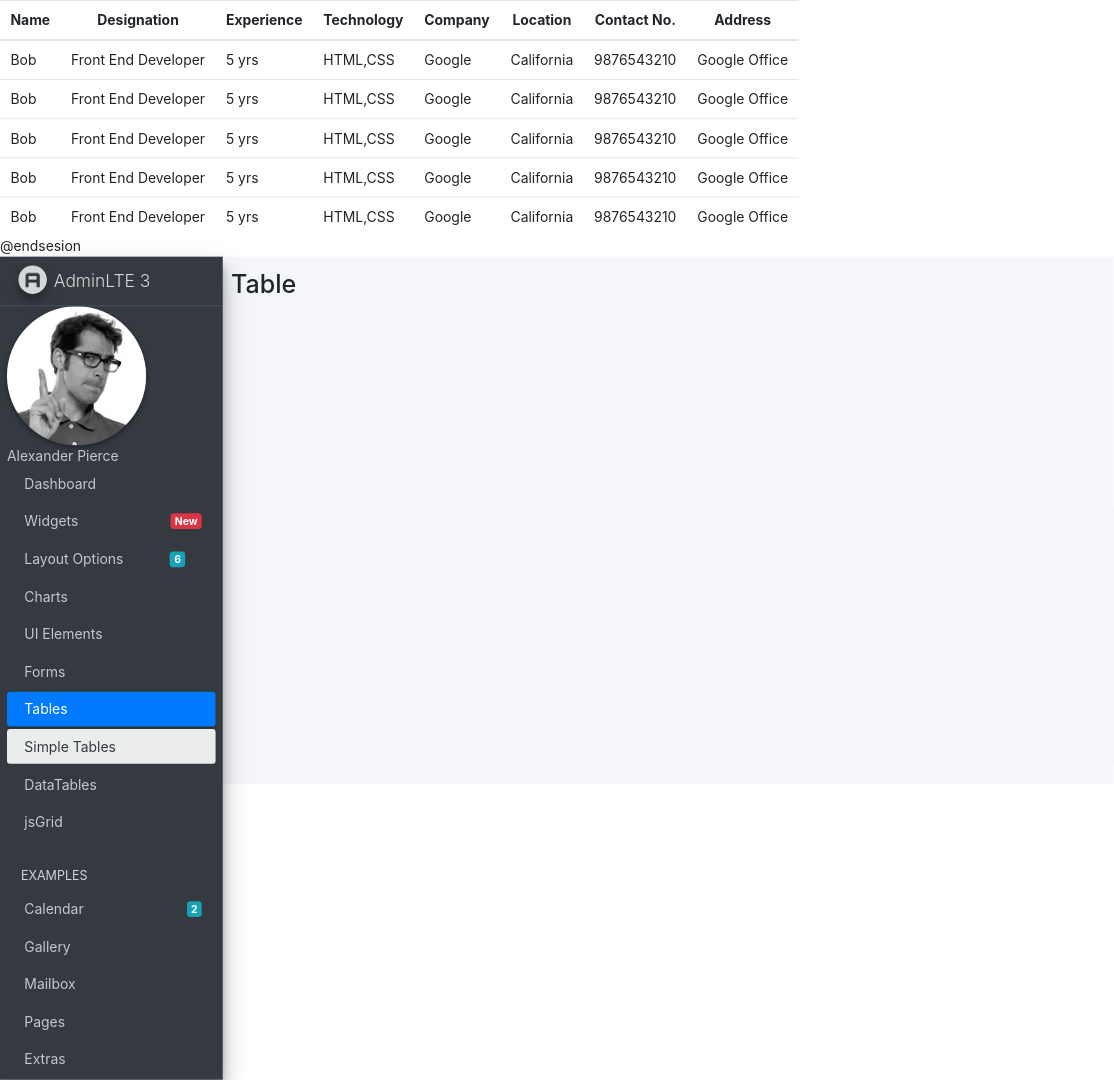
Repository: huyennvo/table
Page: http://localhost/table/students
An editor plug-in stored every save of this project. The page is shown before and after the next save, followed by the edit.
The browser window is 1280 px wide. The pictures show the whole page, at 87% of full size.
Some web fonts or font styles are not loaded; a fallback is used. The page is served by the project's Laravel application, run on PHP 8.4 with Laravel 8. Other server files are loaded and not shown.

Above is the page before, as saved 2022-08-11 20:32:25.

### routes/web.php
<?php

use Illuminate\Support\Facades\Route;

/*
|--------------------------------------------------------------------------
| Web Routes
|--------------------------------------------------------------------------
|
| Here is where you can register web routes for your application. These
| routes are loaded by the RouteServiceProvider within a group which
| contains the "web" middleware group. Now create something great!
|
*/

Route::get('/table', function () {
    return view('index');
});

Route::get('/table/courses', function () {
    return view('courses');
});

Route::get('/table/lessons', function () {
    return view('lessons');
});

Route::get('/table/students', function () {
    return view('students');
});

### resources/views/students.blade.php
@extends('layouts.content-header')
@section('content-body')
<div class="table">
  <div class="table-scroll">
    <table class="table-main">
        <thead>
            <tr>
                <th class="fix-col">Name</th>
                <th>Designation</th>
                <th>Experience</th>
                <th>Technology</th>
                <th>Company</th>
                <th>Location</th>
                <th>Contact No.</th>
                <th>Address</th>

            </tr>
        </thead>
        <tbody>
            <tr>
                <td class="fix-col">Bob</td>
                <td>Front End Developer</td>
                <td>5 yrs</td>
                <td>HTML,CSS</td>
                <td>Google</td>
                <td>California</td>
                <td>9876543210</td>
                <td>Google Office</td>
            </tr>
            <tr>
                <td class="fix-col">Bob</td>
                <td>Front End Developer</td>
                <td>5 yrs</td>
                <td>HTML,CSS</td>
                <td>Google</td>
                <td>California</td>
                <td>9876543210</td>
                <td>Google Office</td>
            </tr>
            <tr>
                <td class="fix-col">Bob</td>
                <td>Front End Developer</td>
                <td>5 yrs</td>
                <td>HTML,CSS</td>
                <td>Google</td>
                <td>California</td>
                <td>9876543210</td>
                <td>Google Office</td>
            </tr>
            <tr>
                <td class="fix-col">Bob</td>
                <td>Front End Developer</td>
                <td>5 yrs</td>
                <td>HTML,CSS</td>
                <td>Google</td>
                <td>California</td>
                <td>9876543210</td>
                <td>Google Office</td>
            </tr>
            <tr>
                <td class="fix-col">Bob</td>
                <td>Front End Developer</td>
                <td>5 yrs</td>
                <td>HTML,CSS</td>
                <td>Google</td>
                <td>California</td>
                <td>9876543210</td>
                <td>Google Office</td>
            </tr>
        </tbody>
    </table>
</div>
@endsesion

### resources/views/layouts/content-header.blade.php
@extends('layouts.menu')
@section('content-header')
    <section class="content-header">
      <div class="container-fluid">
        <div class="row mb-2">
          <div class="col-sm-6">
            <h1>Table</h1>
          </div>
        </div>
      </div><!-- /.container-fluid -->
    </section>
@endsection

### resources/views/layouts/menu.blade.php
@extends('layouts.index')
@section('menu')
<div class= "main-sidebar sidebar-dark-primary elevation-4"  id="menu">

  <a href="../../index3.html" class="brand-link">
        <img src="../../dist/img/AdminLTELogo.png"
            alt="AdminLTE Logo"
            class="brand-image img-circle elevation-3"
            style="opacity: .8">
        <span class="brand-text font-weight-light">AdminLTE 3</span>
  </a>

  <!-- class="user-panel mt-3 pb-3 mb-3 d-flex"
  class="mt-2" -->
    <!-- Sidebar -->
    <div class="sidebar">
      <!-- Sidebar user (optional) -->
      <div>
        <div class="image">
          <img src="../../dist/img/user2-160x160.jpg" class="img-circle elevation-2" alt="User Image">
        </div>
        <div class="info">
          <a href="#" class="d-block">Alexander Pierce</a>
        </div>
      </div>

      <!-- Sidebar Menu -->
      <nav >
        <ul class="nav nav-pills nav-sidebar flex-column" data-widget="treeview" role="menu" data-accordion="false">
          <!-- Add icons to the links using the .nav-icon class
               with font-awesome or any other icon font library -->
          <li class="nav-item has-treeview">
            <a href="#" class="nav-link">
              <i class="nav-icon fas fa-tachometer-alt"></i>
              <p>
                Dashboard
                <i class="right fas fa-angle-left"></i>
              </p>
            </a>
            <ul class="nav nav-treeview">
              <li class="nav-item">
                <a href="../../index.html" class="nav-link">
                  <i class="far fa-circle nav-icon"></i>
                  <p>Dashboard v1</p>
                </a>
              </li>
              <li class="nav-item">
                <a href="../../index2.html" class="nav-link">
                  <i class="far fa-circle nav-icon"></i>
                  <p>Dashboard v2</p>
                </a>
              </li>
              <li class="nav-item">
                <a href="../../index3.html" class="nav-link">
                  <i class="far fa-circle nav-icon"></i>
                  <p>Dashboard v3</p>
                </a>
              </li>
            </ul>
          </li>
          <li class="nav-item">
            <a href="../widgets.html" class="nav-link">
              <i class="nav-icon fas fa-th"></i>
              <p>
                Widgets
                <span class="right badge badge-danger">New</span>
              </p>
            </a>
          </li>
          <li class="nav-item has-treeview">
            <a href="#" class="nav-link">
              <i class="nav-icon fas fa-copy"></i>
              <p>
                Layout Options
                <i class="fas fa-angle-left right"></i>
                <span class="badge badge-info right">6</span>
              </p>
            </a>
            <ul class="nav nav-treeview">
              <li class="nav-item">
                <a href="../layout/top-nav.html" class="nav-link">
                  <i class="far fa-circle nav-icon"></i>
                  <p>Top Navigation</p>
                </a>
              </li>
              <li class="nav-item">
                <a href="../layout/top-nav-sidebar.html" class="nav-link">
                  <i class="far fa-circle nav-icon"></i>
                  <p>Top Navigation + Sidebar</p>
                </a>
              </li>
              <li class="nav-item">
                <a href="../layout/boxed.html" class="nav-link">
                  <i class="far fa-circle nav-icon"></i>
                  <p>Boxed</p>
                </a>
              </li>
              <li class="nav-item">
                <a href="../layout/fixed-sidebar.html" class="nav-link">
                  <i class="far fa-circle nav-icon"></i>
                  <p>Fixed Sidebar</p>
                </a>
              </li>
              <li class="nav-item">
                <a href="../layout/fixed-topnav.html" class="nav-link">
                  <i class="far fa-circle nav-icon"></i>
                  <p>Fixed Navbar</p>
                </a>
              </li>
              <li class="nav-item">
                <a href="../layout/fixed-footer.html" class="nav-link">
                  <i class="far fa-circle nav-icon"></i>
                  <p>Fixed Footer</p>
                </a>
              </li>
              <li class="nav-item">
                <a href="../layout/collapsed-sidebar.html" class="nav-link">
                  <i class="far fa-circle nav-icon"></i>
                  <p>Collapsed Sidebar</p>
                </a>
              </li>
            </ul>
          </li>
          <li class="nav-item has-treeview">
            <a href="#" class="nav-link">
              <i class="nav-icon fas fa-chart-pie"></i>
              <p>
                Charts
                <i class="right fas fa-angle-left"></i>
              </p>
            </a>
            <ul class="nav nav-treeview">
              <li class="nav-item">
                <a href="../charts/chartjs.html" class="nav-link">
                  <i class="far fa-circle nav-icon"></i>
                  <p>ChartJS</p>
                </a>
              </li>
              <li class="nav-item">
                <a href="../charts/flot.html" class="nav-link">
                  <i class="far fa-circle nav-icon"></i>
                  <p>Flot</p>
                </a>
              </li>
              <li class="nav-item">
                <a href="../charts/inline.html" class="nav-link">
                  <i class="far fa-circle nav-icon"></i>
                  <p>Inline</p>
                </a>
              </li>
            </ul>
          </li>
          <li class="nav-item has-treeview">
            <a href="#" class="nav-link">
              <i class="nav-icon fas fa-tree"></i>
              <p>
                UI Elements
                <i class="fas fa-angle-left right"></i>
              </p>
            </a>
            <ul class="nav nav-treeview">
              <li class="nav-item">
                <a href="../UI/general.html" class="nav-link">
                  <i class="far fa-circle nav-icon"></i>
                  <p>General</p>
                </a>
              </li>
              <li class="nav-item">
                <a href="../UI/icons.html" class="nav-link">
                  <i class="far fa-circle nav-icon"></i>
                  <p>Icons</p>
                </a>
              </li>
              <li class="nav-item">
                <a href="../UI/buttons.html" class="nav-link">
                  <i class="far fa-circle nav-icon"></i>
                  <p>Buttons</p>
                </a>
              </li>
              <li class="nav-item">
                <a href="../UI/sliders.html" class="nav-link">
                  <i class="far fa-circle nav-icon"></i>
                  <p>Sliders</p>
                </a>
              </li>
              <li class="nav-item">
                <a href="../UI/modals.html" class="nav-link">
                  <i class="far fa-circle nav-icon"></i>
                  <p>Modals & Alerts</p>
                </a>
              </li>
              <li class="nav-item">
                <a href="../UI/navbar.html" class="nav-link">
                  <i class="far fa-circle nav-icon"></i>
                  <p>Navbar & Tabs</p>
                </a>
              </li>
              <li class="nav-item">
                <a href="../UI/timeline.html" class="nav-link">
                  <i class="far fa-circle nav-icon"></i>
                  <p>Timeline</p>
                </a>
              </li>
              <li class="nav-item">
                <a href="../UI/ribbons.html" class="nav-link">
                  <i class="far fa-circle nav-icon"></i>
                  <p>Ribbons</p>
                </a>
              </li>
            </ul>
          </li>
          <li class="nav-item has-treeview">
            <a href="#" class="nav-link">
              <i class="nav-icon fas fa-edit"></i>
              <p>
                Forms
                <i class="fas fa-angle-left right"></i>
              </p>
            </a>
            <ul class="nav nav-treeview">
              <li class="nav-item">
                <a href="../forms/general.html" class="nav-link">
                  <i class="far fa-circle nav-icon"></i>
                  <p>General Elements</p>
                </a>
              </li>
              <li class="nav-item">
                <a href="../forms/advanced.html" class="nav-link">
                  <i class="far fa-circle nav-icon"></i>
                  <p>Advanced Elements</p>
                </a>
              </li>
              <li class="nav-item">
                <a href="../forms/editors.html" class="nav-link">
                  <i class="far fa-circle nav-icon"></i>
                  <p>Editors</p>
                </a>
              </li>
              <li class="nav-item">
                <a href="../forms/validation.html" class="nav-link">
                  <i class="far fa-circle nav-icon"></i>
                  <p>Validation</p>
                </a>
              </li>
            </ul>
          </li>
          <li class="nav-item has-treeview menu-open">
            <a href="#" class="nav-link active">
              <i class="nav-icon fas fa-table"></i>
              <p>
                Tables
                <i class="fas fa-angle-left right"></i>
              </p>
            </a>
            <ul class="nav nav-treeview">
              <li class="nav-item">
                <a href="../tables/simple.html" class="nav-link active">
                  <i class="far fa-circle nav-icon"></i>
                  <p>Simple Tables</p>
                </a>
              </li>
              <li class="nav-item">
                <a href="../tables/data.html" class="nav-link">
                  <i class="far fa-circle nav-icon"></i>
                  <p>DataTables</p>
                </a>
              </li>
              <li class="nav-item">
                <a href="../tables/jsgrid.html" class="nav-link">
                  <i class="far fa-circle nav-icon"></i>
                  <p>jsGrid</p>
                </a>
              </li>
            </ul>
          </li>
          <li class="nav-header">EXAMPLES</li>
          <li class="nav-item">
            <a href="../calendar.html" class="nav-link">
              <i class="nav-icon far fa-calendar-alt"></i>
              <p>
                Calendar
                <span class="badge badge-info right">2</span>
              </p>
            </a>
          </li>
          <li class="nav-item">
            <a href="../gallery.html" class="nav-link">
              <i class="nav-icon far fa-image"></i>
              <p>
                Gallery
              </p>
            </a>
          </li>
          <li class="nav-item has-treeview">
            <a href="#" class="nav-link">
              <i class="nav-icon far fa-envelope"></i>
              <p>
                Mailbox
                <i class="fas fa-angle-left right"></i>
              </p>
            </a>
            <ul class="nav nav-treeview">
              <li class="nav-item">
                <a href="../mailbox/mailbox.html" class="nav-link">
                  <i class="far fa-circle nav-icon"></i>
                  <p>Inbox</p>
                </a>
              </li>
              <li class="nav-item">
                <a href="../mailbox/compose.html" class="nav-link">
                  <i class="far fa-circle nav-icon"></i>
                  <p>Compose</p>
                </a>
              </li>
              <li class="nav-item">
                <a href="../mailbox/read-mail.html" class="nav-link">
                  <i class="far fa-circle nav-icon"></i>
                  <p>Read</p>
                </a>
              </li>
            </ul>
          </li>
          <li class="nav-item has-treeview">
            <a href="#" class="nav-link">
              <i class="nav-icon fas fa-book"></i>
              <p>
                Pages
                <i class="fas fa-angle-left right"></i>
              </p>
            </a>
            <ul class="nav nav-treeview">
              <li class="nav-item">
                <a href="../examples/invoice.html" class="nav-link">
                  <i class="far fa-circle nav-icon"></i>
                  <p>Invoice</p>
                </a>
              </li>
              <li class="nav-item">
                <a href="../examples/profile.html" class="nav-link">
                  <i class="far fa-circle nav-icon"></i>
                  <p>Profile</p>
                </a>
              </li>
              <li class="nav-item">
                <a href="../examples/e-commerce.html" class="nav-link">
                  <i class="far fa-circle nav-icon"></i>
                  <p>E-commerce</p>
                </a>
              </li>
              <li class="nav-item">
                <a href="../examples/projects.html" class="nav-link">
                  <i class="far fa-circle nav-icon"></i>
                  <p>Projects</p>
                </a>
              </li>
              <li class="nav-item">
                <a href="../examples/project-add.html" class="nav-link">
                  <i class="far fa-circle nav-icon"></i>
                  <p>Project Add</p>
                </a>
              </li>
              <li class="nav-item">
                <a href="../examples/project-edit.html" class="nav-link">
                  <i class="far fa-circle nav-icon"></i>
                  <p>Project Edit</p>
                </a>
              </li>
              <li class="nav-item">
                <a href="../examples/project-detail.html" class="nav-link">
                  <i class="far fa-circle nav-icon"></i>
                  <p>Project Detail</p>
                </a>
              </li>
              <li class="nav-item">
                <a href="../examples/contacts.html" class="nav-link">
                  <i class="far fa-circle nav-icon"></i>
                  <p>Contacts</p>
                </a>
              </li>
            </ul>
          </li>
          <li class="nav-item has-treeview">
            <a href="#" class="nav-link">
              <i class="nav-icon far fa-plus-square"></i>
              <p>
                Extras
                <i class="fas fa-angle-left right"></i>
              </p>
            </a>
            <ul class="nav nav-treeview">
              <li class="nav-item">
                <a href="../examples/login.html" class="nav-link">
                  <i class="far fa-circle nav-icon"></i>
                  <p>Login</p>
                </a>
              </li>
              <li class="nav-item">
                <a href="../examples/register.html" class="nav-link">
                  <i class="far fa-circle nav-icon"></i>
                  <p>Register</p>
                </a>
              </li>
              <li class="nav-item">
                <a href="../examples/forgot-password.html" class="nav-link">
                  <i class="far fa-circle nav-icon"></i>
                  <p>Forgot Password</p>
                </a>
              </li>
              <li class="nav-item">
                <a href="../examples/recover-password.html" class="nav-link">
                  <i class="far fa-circle nav-icon"></i>
                  <p>Recover Password</p>
                </a>
              </li>
              <li class="nav-item">
                <a href="../examples/lockscreen.html" class="nav-link">
                  <i class="far fa-circle nav-icon"></i>
                  <p>Lockscreen</p>
                </a>
              </li>
              <li class="nav-item">
                <a href="../examples/legacy-user-menu.html" class="nav-link">
                  <i class="far fa-circle nav-icon"></i>
                  <p>Legacy User Menu</p>
                </a>
              </li>
              <li class="nav-item">
                <a href="../examples/language-menu.html" class="nav-link">
                  <i class="far fa-circle nav-icon"></i>
                  <p>Language Menu</p>
                </a>
              </li>
              <li class="nav-item">
                <a href="../examples/404.html" class="nav-link">
                  <i class="far fa-circle nav-icon"></i>
                  <p>Error 404</p>
                </a>
              </li>
              <li class="nav-item">
                <a href="../examples/500.html" class="nav-link">
                  <i class="far fa-circle nav-icon"></i>
                  <p>Error 500</p>
                </a>
              </li>
              <li class="nav-item">
                <a href="../examples/pace.html" class="nav-link">
                  <i class="far fa-circle nav-icon"></i>
                  <p>Pace</p>
                </a>
              </li>
              <li class="nav-item">
                <a href="../examples/blank.html" class="nav-link">
                  <i class="far fa-circle nav-icon"></i>
                  <p>Blank Page</p>
                </a>
              </li>
              <li class="nav-item">
                <a href="../../starter.html" class="nav-link">
                  <i class="far fa-circle nav-icon"></i>
                  <p>Starter Page</p>
                </a>
              </li>
            </ul>
          </li>


        </ul>
      </nav>
      <!-- /.sidebar-menu -->
    </div>
    <!-- /.sidebar -->
</div>
    <!-- <aside >

    </aside> -->

@endsection

### resources/views/layouts/index.blade.php
<!DOCTYPE html>
<html>
<head>
  <meta charset="utf-8">
  <meta http-equiv="X-UA-Compatible" content="IE=edge">
  <title>Table</title>
  <meta name="viewport" content="width=device-width, initial-scale=1">

  <link rel="stylesheet" href="{{asset('css/adminlte.min.css')}}">
  <link rel="stylesheet" href="{{asset('css/style.css')}}">
  <!-- Google Font: Source Sans Pro -->
  <link href="https://fonts.googleapis.com/css?family=Source+Sans+Pro:300,400,400i,700" rel="stylesheet">
</head>
<body class="hold-transition sidebar-mini">
<div class="wrapper">
@yield('menu')

<div class="content-wrapper">

@yield('content-header')

@yield('content-body')

</div>


  <!-- /.content-wrapper -->
  <!-- /.control-sidebar -->
</div>

</body>
</html>

### public/css/style.css
th {
    text-align: center;
}

.course-id {
    text-align: center;
}

.name {
    text-align: center;
}

#menu {
    background-color: #343A40;
    width: 20vw;
    /* height: 100% !important; */
    overflow: auto;
}

Loaded but not shown: public/css/adminlte.min.css (library)

After the next save:
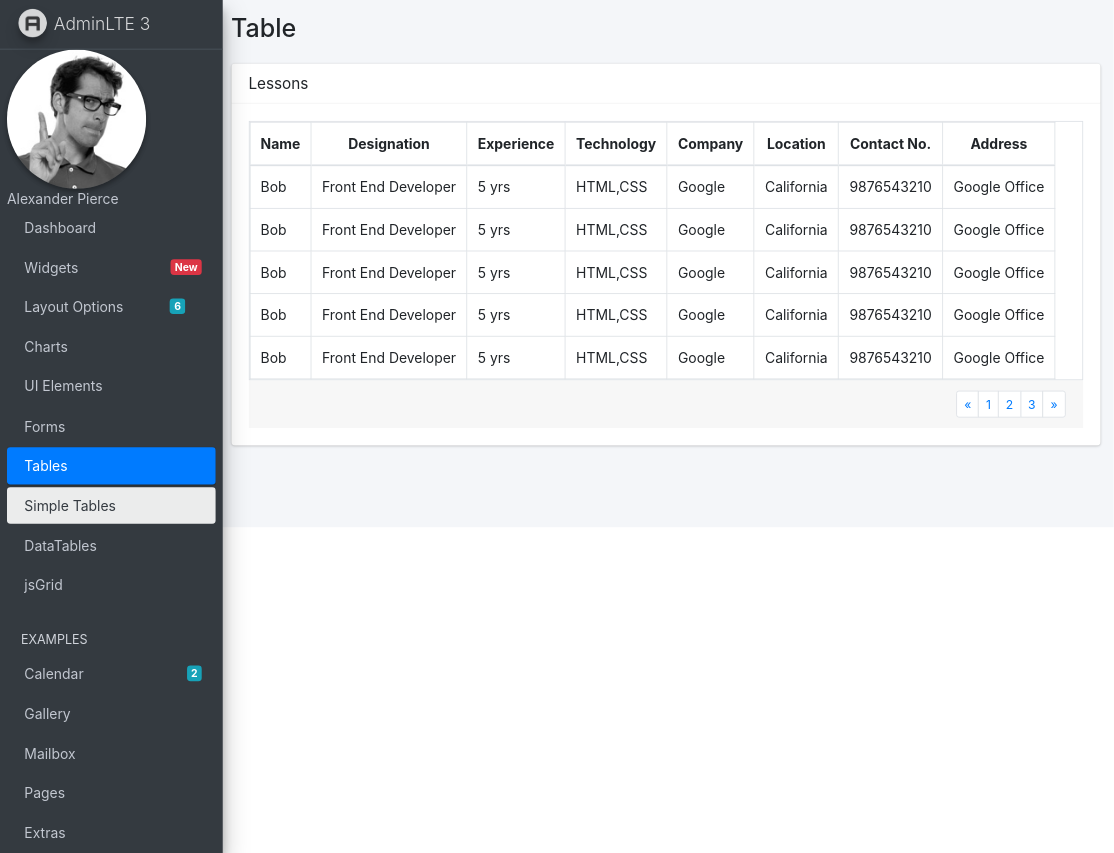
Saved 103 s later.
--- a/resources/views/students.blade.php
+++ b/resources/views/students.blade.php
@@ -1,6 +1,19 @@
 @extends('layouts.content-header')
 @section('content-body')
-<div class="table">
+
+
+<section class="content">
+      <div class="container-fluid">
+        <div class="row">
+          <div class="col-md-12">
+            <div class="card">
+              <div class="card-header">
+                <h3 class="card-title">Lessons</h3>
+              </div>
+              <!-- /.card-header -->
+              <div class="card-body">
+
+                <div class="table table-bordered">
   <div class="table-scroll">
     <table class="table-main">
         <thead>
@@ -70,4 +83,28 @@
         </tbody>
     </table>
 </div>
-@endsesion
+              </div>
+              <!-- /.card-body -->
+              <div class="card-footer clearfix">
+                <ul class="pagination pagination-sm m-0 float-right">
+                  <li class="page-item"><a class="page-link" href="#">&laquo;</a></li>
+                  <li class="page-item"><a class="page-link" href="#">1</a></li>
+                  <li class="page-item"><a class="page-link" href="#">2</a></li>
+                  <li class="page-item"><a class="page-link" href="#">3</a></li>
+                  <li class="page-item"><a class="page-link" href="#">&raquo;</a></li>
+                </ul>
+              </div>
+            </div>
+
+          </div>
+
+        </div>
+
+
+        <!-- /.row -->
+
+        <!-- /.row -->
+      </div><!-- /.container-fluid -->
+    </section>
+    <!-- /.content -->
+@endsection
